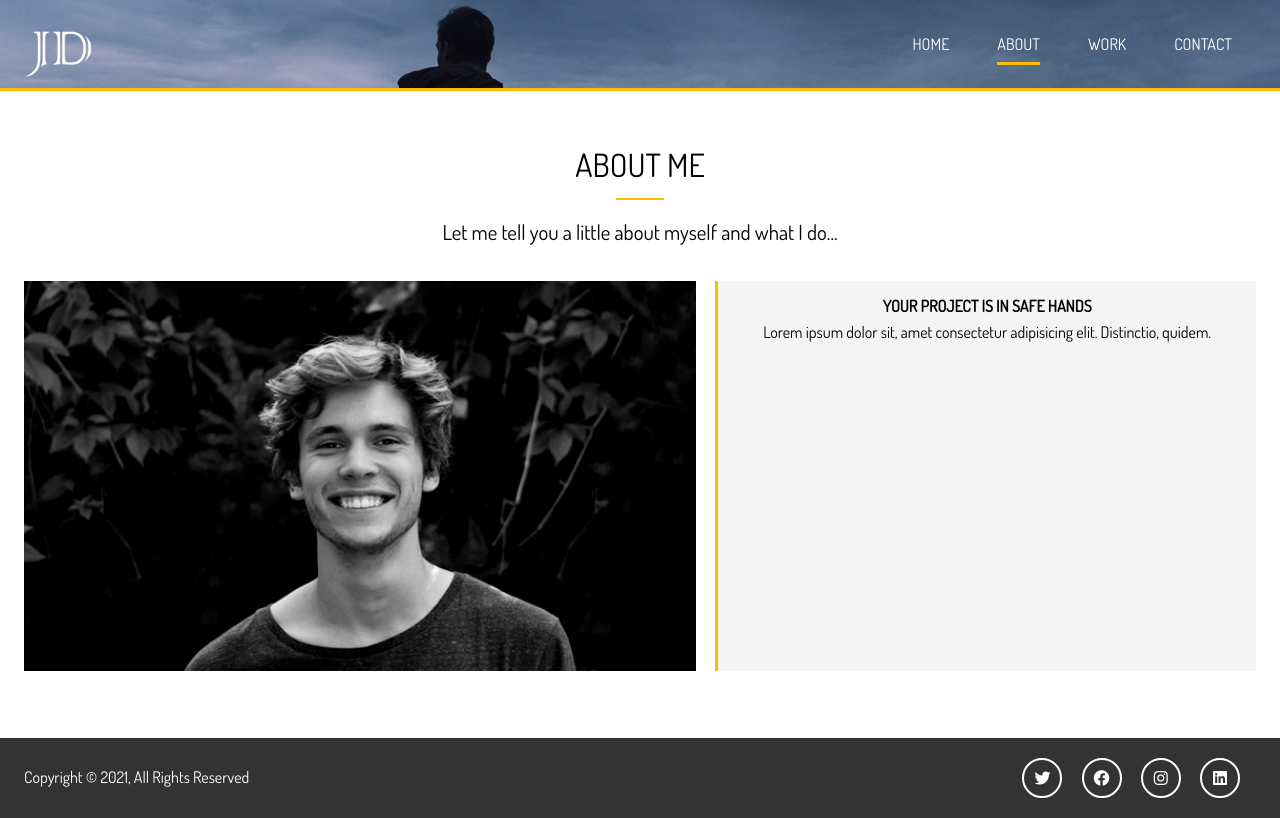
Repository: minhtien9/Portfolio_Website
Page: diet/about.html
The author's editor kept a copy of each file at every save. The page is drawn from the files as they stood at one save, then again after the next save.
The browser window is 1280 px wide. The pictures show the whole page.

Above is the page before, as saved 2021-08-29 10:41:36.

After the next save:
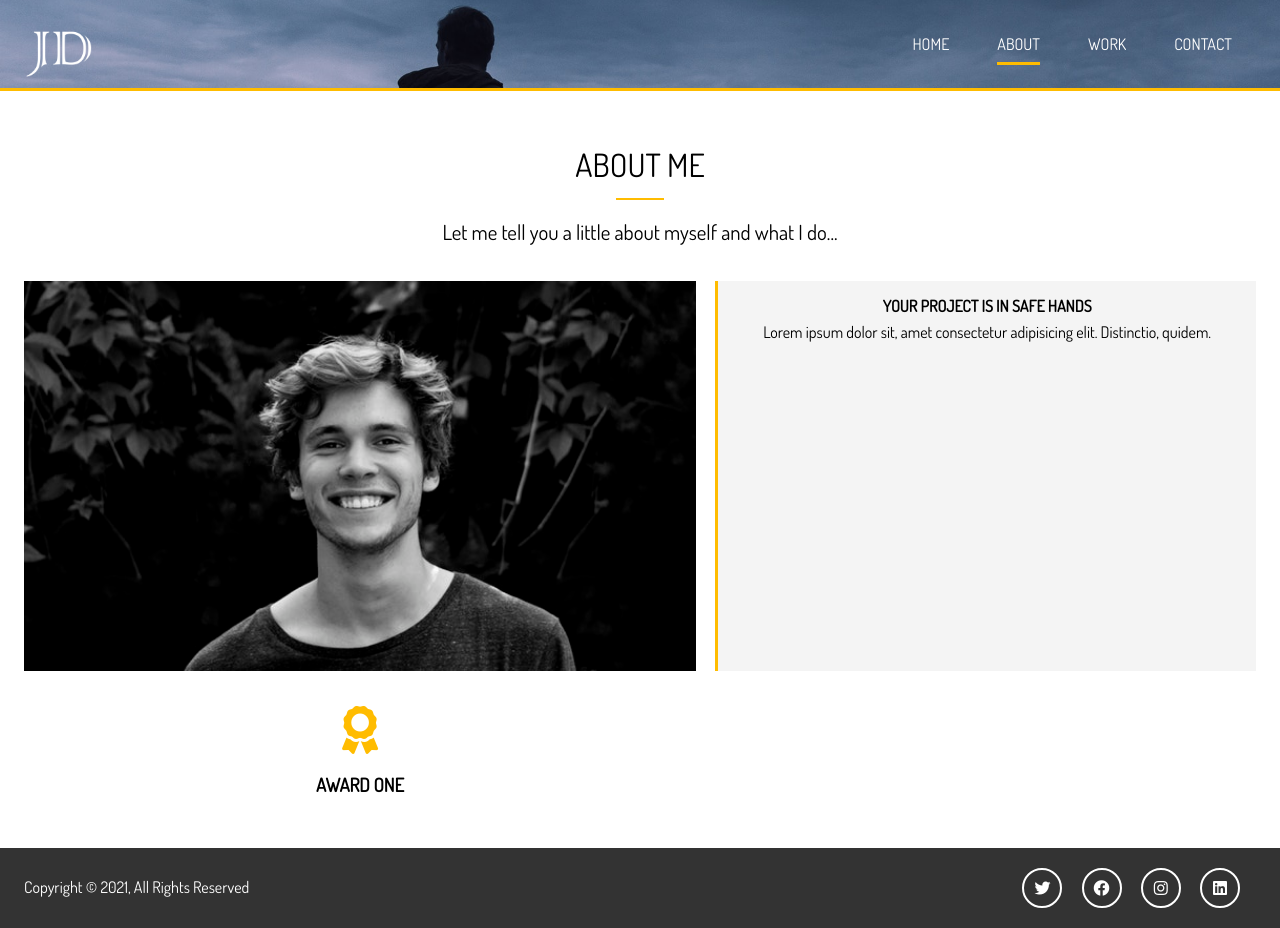
Saved 41 s later.
--- a/diet/about.html
+++ b/diet/about.html
@@ -50,6 +50,10 @@
               Distinctio, quidem.
             </p>
           </div>
+          <div class="award-1">
+            <i class="fas fa-award fa-3x"></i>
+            <h3>Award One</h3>
+          </div>
         </div>
       </div>
     </section>
